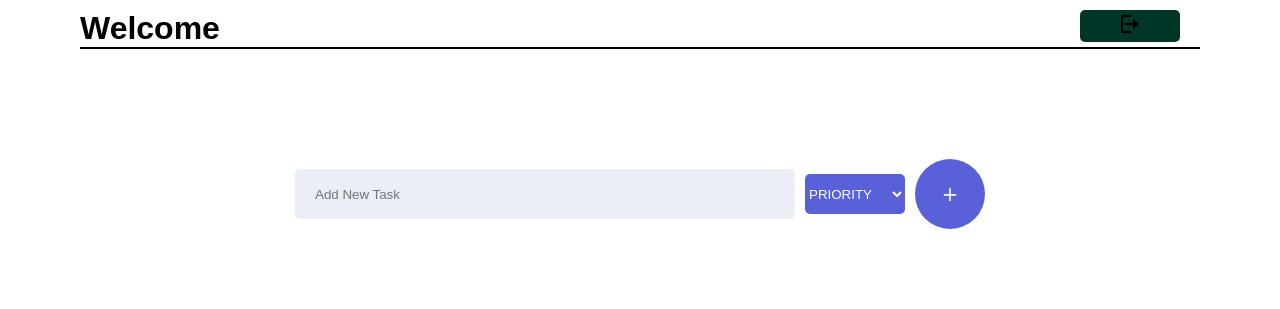
Repository: tebo27cMd/todo_App
Page: /HomePage
An editor plug-in stored every save of this project. The page is shown before and after a run of saves, followed by the edit.
The browser window is 1280 px wide. The pictures show the whole page.
The page's requests for data from a server got no answer. The project was rebuilt for these pictures with package versions that can differ from the ones it lists, and the page was loaded fresh each time. No one was signed in, and anything a server would have sent is missing. Also part of the build but not shown: src/Pages/LoginPage.jsx, src/Pages/SignInPage.jsx.

Above is the page before, as saved 2022-08-23 12:30:45.

After the next 2 saves:
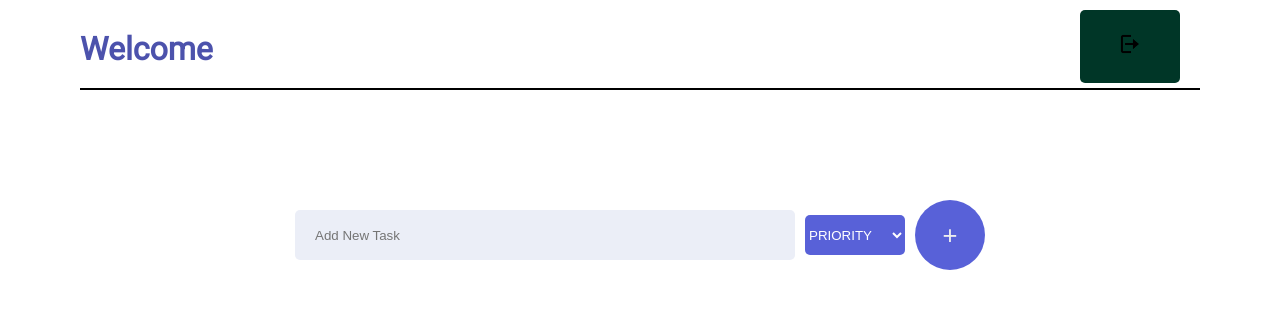
The 2 saves are shown as one change because they came seconds apart.
The last was saved 53 s later.
--- a/src/css/HomePage.css
+++ b/src/css/HomePage.css
@@ -156,3 +156,12 @@ height: 90px;
     cursor: pointer;
 
 }
+
+.welcome{
+    margin-top: 20px;
+    margin-bottom: 20px;
+    font-weight: bolder;
+    font-size: 2em;
+    font-family:'Roboto' ;
+    color: #4c52ac;
+}
